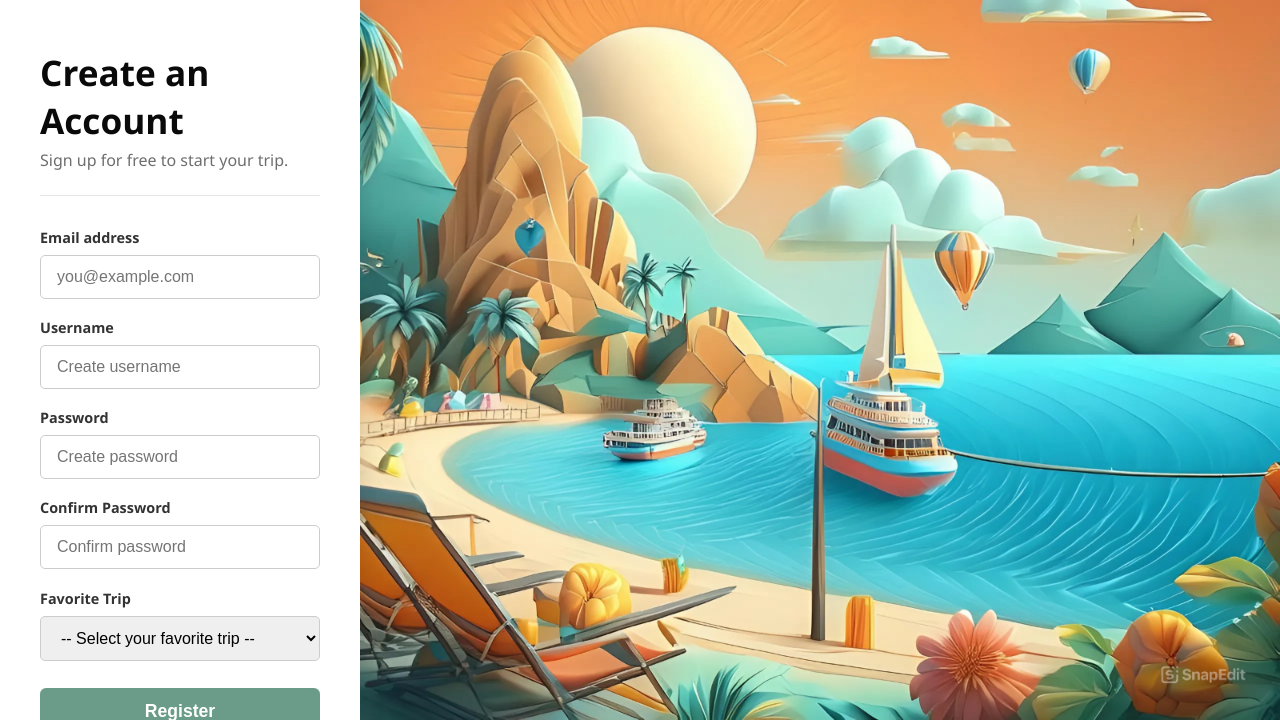
Repository: Nuttawut-Amattong/outtrip
Page: /register (app in OutTrip/)
These files come from the project's save history. The page is drawn as it stood at one moment and after the next save; the edit follows.
The browser window is 1280 px wide. The pictures show the whole page.
The project was rebuilt for these pictures with package versions that can differ from the ones it lists, and the page was loaded fresh each time. Also part of the build but not shown: OutTrip/vite.config.js, OutTrip/src/component/Login.jsx, OutTrip/src/component/Forgetpass.jsx.

Above is the page before, as saved 2025-05-19 20:01:43.

### OutTrip/src/main.jsx
import { StrictMode } from 'react';
import { createRoot } from 'react-dom/client';
import { BrowserRouter, Routes, Route } from 'react-router-dom';
import Login from './component/Login.jsx';
import Register from './component/Register.jsx';
import Forgetpass from './component/Forgetpass.jsx';

createRoot(document.getElementById('root')).render(
  <StrictMode>
    <BrowserRouter>
      <Routes>
        <Route path="/" element={<Login />} />
        <Route path="/register" element={<Register />} />
        <Route path="/forgot-password" element={<Forgetpass />} />
      </Routes>
    </BrowserRouter>
  </StrictMode>
);

### OutTrip/src/component/Register.jsx
import { useState } from "react";
import styles from "./register.module.css";

function Register({ onRegisterSuccess }) {
  const [email, setEmail] = useState("");
  const [username, setUsername] = useState("");
  const [password, setPassword] = useState("");
  const [confirmPassword, setConfirmPassword] = useState("");
  const [favoriteTrip, setFavoriteTrip] = useState("");
  const [errors, setErrors] = useState({
    email: "",
    username: "",
    password: "",
    confirmPassword: "",
  });
  const [serverError, setServerError] = useState("");
  const [loading, setLoading] = useState(false);

  const validateEmail = (email) => {
    const re = /^[^\s@]+@[^\s@]+\.[^\s@]+$/;
    return re.test(email);
  };

  const validateUsername = (username) => {
    return username.length >= 3 && username.length <= 8;
  };

  const validatePassword = (password) => {
    const hasLetter = /[a-zA-Z]/.test(password);
    const hasNumber = /\d/.test(password);
    return hasLetter && hasNumber;
  };

  const handleSubmit = async (e) => {
    e.preventDefault();

    let newErrors = { email: "", username: "", password: "", confirmPassword: "" };
    let valid = true;

    if (!validateEmail(email)) {
      newErrors.email = "Please enter a valid email address";
      valid = false;
    }

    if (!validateUsername(username)) {
      newErrors.username = "Username must be 3 to 8 characters long";
      valid = false;
    }

    if (!validatePassword(password)) {
      newErrors.password = "Password must contain both letters and numbers";
      valid = false;
    }

    if (password !== confirmPassword) {
      newErrors.confirmPassword = "Confirm Password must match Password";
      valid = false;
    }

    setErrors(newErrors);
    setServerError("");

    if (!valid) return;

    setLoading(true);

    try {
      const res = await fetch("http://localhost:5000/api/auth/register", {
        method: "POST",
        headers: { "Content-Type": "application/json" },
        body: JSON.stringify({ email, username, password, favoriteTrip }),
      });

      const data = await res.json();

      if (res.ok) {
        setLoading(false);
        // แจ้ง callback ว่าลงทะเบียนสำเร็จ อาจจะ redirect หรือแสดงข้อความ
        if (onRegisterSuccess) onRegisterSuccess(data);
      } else {
        setLoading(false);
        setServerError(data.message || "Registration failed. Please try again.");
      }
    } catch (err) {
      setLoading(false);
      setServerError("Server error. Please try again later.");
    }
  };

  // handler เปลี่ยน input พร้อมรีเซ็ต error ใน field นั้น ๆ
  const handleEmailChange = (e) => {
    const val = e.target.value;
    setEmail(val);
    if (validateEmail(val)) {
      setErrors((prev) => ({ ...prev, email: "" }));
    }
  };

  const handleUsernameChange = (e) => {
    const val = e.target.value;
    setUsername(val);
    if (validateUsername(val)) {
      setErrors((prev) => ({ ...prev, username: "" }));
    }
  };

  const handlePasswordChange = (e) => {
    const val = e.target.value;
    setPassword(val);
    if (validatePassword(val)) {
      setErrors((prev) => ({ ...prev, password: "" }));
    }
    if (confirmPassword === val) {
      setErrors((prev) => ({ ...prev, confirmPassword: "" }));
    }
  };

  const handleConfirmPasswordChange = (e) => {
    const val = e.target.value;
    setConfirmPassword(val);
    if (val === password) {
      setErrors((prev) => ({ ...prev, confirmPassword: "" }));
    }
  };

  return (
    <div className={styles.registerContainer}>
      <header className={styles.registerHeader}>
        <h1>Create an Account</h1>
        <p>Sign up for free to start your trip.</p>
      </header>

      <form className={styles.registerForm} onSubmit={handleSubmit} noValidate>
        <label htmlFor="email" className={styles.label}>Email address</label>
        <input
          id="email"
          type="email"
          placeholder="you@example.com"
          value={email}
          onChange={handleEmailChange}
          className={styles.input}
        />
        {errors.email && <div className={styles.error}>{errors.email}</div>}

        <label htmlFor="username" className={styles.label}>Username</label>
        <input
          id="username"
          type="text"
          placeholder="Create username"
          value={username}
          onChange={handleUsernameChange}
          className={styles.input}
        />
        {errors.username && <div className={styles.error}>{errors.username}</div>}

        <label htmlFor="password" className={styles.label}>Password</label>
        <input
          id="password"
          type="password"
          placeholder="Create password"
          value={password}
          onChange={handlePasswordChange}
          className={styles.input}
        />
        {errors.password && <div className={styles.error}>{errors.password}</div>}

        <label htmlFor="confirmPassword" className={styles.label}>Confirm Password</label>
        <input
          id="confirmPassword"
          type="password"
          placeholder="Confirm password"
          value={confirmPassword}
          onChange={handleConfirmPasswordChange}
          className={styles.input}
        />
        {errors.confirmPassword && <div className={styles.error}>{errors.confirmPassword}</div>}

        <label htmlFor="favoriteTrip" className={styles.label}>Favorite Trip</label>
        <select
          id="favoriteTrip"
          value={favoriteTrip}
          onChange={(e) => setFavoriteTrip(e.target.value)}
          className={styles.input}
          required
        >
          <option value="" disabled>-- Select your favorite trip --</option>
          <option value="Beach">Beach</option>
          <option value="Mountain">Mountain</option>
          <option value="City">City</option>
          <option value="Adventure">Adventure</option>
        </select>

        {serverError && <div className={styles.error} style={{ marginTop: "1rem" }}>{serverError}</div>}

        <button type="submit" className={styles.button} disabled={loading}>
          {loading ? "Registering..." : "Register"}
        </button>

        <div className={styles.signInLink}>
          Already have an account? <a href="/">Sign in</a>
        </div>
      </form>
    </div>
  );
}

export default Register;

### OutTrip/src/component/forgetpass.module.css
body {
  background-image: url('../img/images.jpg');
  background-repeat: no-repeat;
  background-size: cover;
  background-position: center;
  background-attachment: fixed;
  margin: 0;
  height: 100vh;
}
.container {
  max-width: 400px;
  margin: 6rem auto;
  padding: 2.5rem 2rem 3rem;
  background-color: #fff;
  border-radius: 6px;
  box-shadow: 0 12px 30px rgba(0, 0, 0, 0.13);
  font-family: 'Inter', -apple-system, BlinkMacSystemFont, 'Segoe UI', Roboto, Oxygen,
    Ubuntu, Cantarell, 'Open Sans', 'Helvetica Neue', sans-serif;
  color: #222;
}

.heading {
  font-weight: 600;
  font-size: 1.5rem;
  margin-bottom: 2rem;
  text-align: center;
  color: #222;
}

.formGroup {
  margin-bottom: 1.6rem;
  display: flex;
  flex-direction: column;
}

.label {
  font-weight: 600;
  font-size: 0.9rem;
  margin-bottom: 0.5rem;
  color: #555;
}

.input {
  padding: 0.75rem 1rem;
  font-size: 1rem;
  border: 1px solid #ccc;
  border-radius: 4px;
  outline-offset: 2px;
  transition: border-color 0.2s ease-in-out, box-shadow 0.2s ease-in-out;
  font-family: inherit;
}

.input:focus {
  border-color: #005fcc;
  box-shadow: 0 0 0 3px rgba(0, 95, 204, 0.3);
}

.button {
  width: 100%;
  padding: 0.75rem 1rem;
  font-size: 1rem;
  font-weight: 600;
  background-color: #6A9C89;
  color: #fff;
  border: none;
  border-radius: 4px;
  cursor: pointer;
  user-select: none;
  transition: background-color 0.2s ease-in-out;
  margin-top: 0.3rem;
}

.button:hover,
.button:focus {
  background-color: #0e7f3f;
  outline: none;
}

.message {
  font-size: 1rem;
  font-weight: 500;
  color: #6A9C89;
  text-align: center;
  margin-top: 2rem;
}


@media (max-width: 480px) {
  body {
    background-image: none !important;
    background-color: #fff;
  }
}

Loaded but not shown: OutTrip/index.html (common file); OutTrip/src/component/login.module.css (144 lines, source omitted); OutTrip/src/component/register.module.css (121 lines, source omitted)

After the next save:
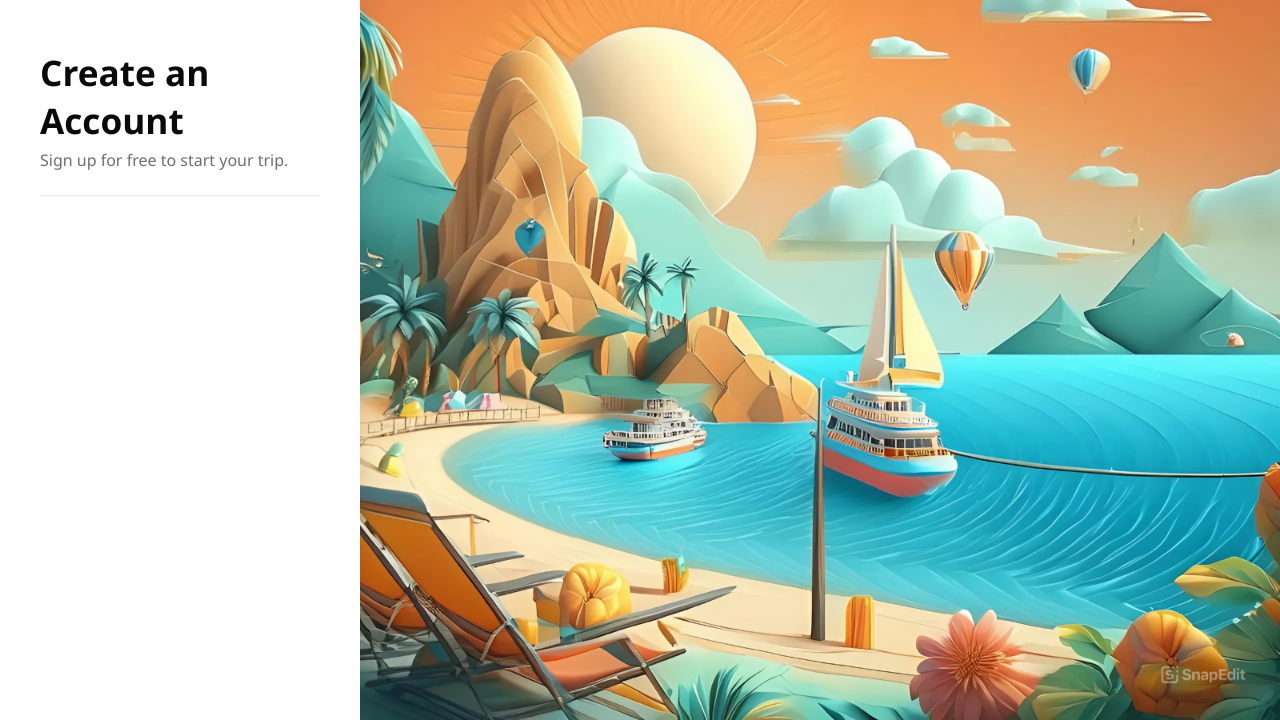
Saved 59 s later.
--- a/OutTrip/src/component/Register.jsx
+++ b/OutTrip/src/component/Register.jsx
@@ -1,7 +1,10 @@
 import { useState } from "react";
+import { useNavigate } from "react-router-dom";  // <-- import useNavigate
 import styles from "./register.module.css";
 
 function Register({ onRegisterSuccess }) {
+  const navigate = useNavigate();  // <-- เรียกใช้งาน useNavigate
+
   const [email, setEmail] = useState("");
   const [username, setUsername] = useState("");
   const [password, setPassword] = useState("");
@@ -16,20 +19,7 @@
   const [serverError, setServerError] = useState("");
   const [loading, setLoading] = useState(false);
 
-  const validateEmail = (email) => {
-    const re = /^[^\s@]+@[^\s@]+\.[^\s@]+$/;
-    return re.test(email);
-  };
-
-  const validateUsername = (username) => {
-    return username.length >= 3 && username.length <= 8;
-  };
-
-  const validatePassword = (password) => {
-    const hasLetter = /[a-zA-Z]/.test(password);
-    const hasNumber = /\d/.test(password);
-    return hasLetter && hasNumber;
-  };
+  // ... (โค้ด validate ต่าง ๆ เหมือนเดิม)
 
   const handleSubmit = async (e) => {
     e.preventDefault();
@@ -37,25 +27,7 @@
     let newErrors = { email: "", username: "", password: "", confirmPassword: "" };
     let valid = true;
 
-    if (!validateEmail(email)) {
-      newErrors.email = "Please enter a valid email address";
-      valid = false;
-    }
-
-    if (!validateUsername(username)) {
-      newErrors.username = "Username must be 3 to 8 characters long";
-      valid = false;
-    }
-
-    if (!validatePassword(password)) {
-      newErrors.password = "Password must contain both letters and numbers";
-      valid = false;
-    }
-
-    if (password !== confirmPassword) {
-      newErrors.confirmPassword = "Confirm Password must match Password";
-      valid = false;
-    }
+    // ... (validation เหมือนเดิม)
 
     setErrors(newErrors);
     setServerError("");
@@ -75,8 +47,10 @@
 
       if (res.ok) {
         setLoading(false);
-        // แจ้ง callback ว่าลงทะเบียนสำเร็จ อาจจะ redirect หรือแสดงข้อความ
         if (onRegisterSuccess) onRegisterSuccess(data);
+
+        // Redirect ไป path "/"
+        navigate("/");
       } else {
         setLoading(false);
         setServerError(data.message || "Registration failed. Please try again.");
@@ -87,41 +61,7 @@
     }
   };
 
-  // handler เปลี่ยน input พร้อมรีเซ็ต error ใน field นั้น ๆ
-  const handleEmailChange = (e) => {
-    const val = e.target.value;
-    setEmail(val);
-    if (validateEmail(val)) {
-      setErrors((prev) => ({ ...prev, email: "" }));
-    }
-  };
-
-  const handleUsernameChange = (e) => {
-    const val = e.target.value;
-    setUsername(val);
-    if (validateUsername(val)) {
-      setErrors((prev) => ({ ...prev, username: "" }));
-    }
-  };
-
-  const handlePasswordChange = (e) => {
-    const val = e.target.value;
-    setPassword(val);
-    if (validatePassword(val)) {
-      setErrors((prev) => ({ ...prev, password: "" }));
-    }
-    if (confirmPassword === val) {
-      setErrors((prev) => ({ ...prev, confirmPassword: "" }));
-    }
-  };
-
-  const handleConfirmPasswordChange = (e) => {
-    const val = e.target.value;
-    setConfirmPassword(val);
-    if (val === password) {
-      setErrors((prev) => ({ ...prev, confirmPassword: "" }));
-    }
-  };
+  // ... (handler เปลี่ยน input เหมือนเดิม)
 
   return (
     <div className={styles.registerContainer}>
@@ -131,74 +71,7 @@
       </header>
 
       <form className={styles.registerForm} onSubmit={handleSubmit} noValidate>
-        <label htmlFor="email" className={styles.label}>Email address</label>
-        <input
-          id="email"
-          type="email"
-          placeholder="you@example.com"
-          value={email}
-          onChange={handleEmailChange}
-          className={styles.input}
-        />
-        {errors.email && <div className={styles.error}>{errors.email}</div>}
-
-        <label htmlFor="username" className={styles.label}>Username</label>
-        <input
-          id="username"
-          type="text"
-          placeholder="Create username"
-          value={username}
-          onChange={handleUsernameChange}
-          className={styles.input}
-        />
-        {errors.username && <div className={styles.error}>{errors.username}</div>}
-
-        <label htmlFor="password" className={styles.label}>Password</label>
-        <input
-          id="password"
-          type="password"
-          placeholder="Create password"
-          value={password}
-          onChange={handlePasswordChange}
-          className={styles.input}
-        />
-        {errors.password && <div className={styles.error}>{errors.password}</div>}
-
-        <label htmlFor="confirmPassword" className={styles.label}>Confirm Password</label>
-        <input
-          id="confirmPassword"
-          type="password"
-          placeholder="Confirm password"
-          value={confirmPassword}
-          onChange={handleConfirmPasswordChange}
-          className={styles.input}
-        />
-        {errors.confirmPassword && <div className={styles.error}>{errors.confirmPassword}</div>}
-
-        <label htmlFor="favoriteTrip" className={styles.label}>Favorite Trip</label>
-        <select
-          id="favoriteTrip"
-          value={favoriteTrip}
-          onChange={(e) => setFavoriteTrip(e.target.value)}
-          className={styles.input}
-          required
-        >
-          <option value="" disabled>-- Select your favorite trip --</option>
-          <option value="Beach">Beach</option>
-          <option value="Mountain">Mountain</option>
-          <option value="City">City</option>
-          <option value="Adventure">Adventure</option>
-        </select>
-
-        {serverError && <div className={styles.error} style={{ marginTop: "1rem" }}>{serverError}</div>}
-
-        <button type="submit" className={styles.button} disabled={loading}>
-          {loading ? "Registering..." : "Register"}
-        </button>
-
-        <div className={styles.signInLink}>
-          Already have an account? <a href="/">Sign in</a>
-        </div>
+        {/* ... ฟอร์มเหมือนเดิม */}
       </form>
     </div>
   );

After the save that followed:
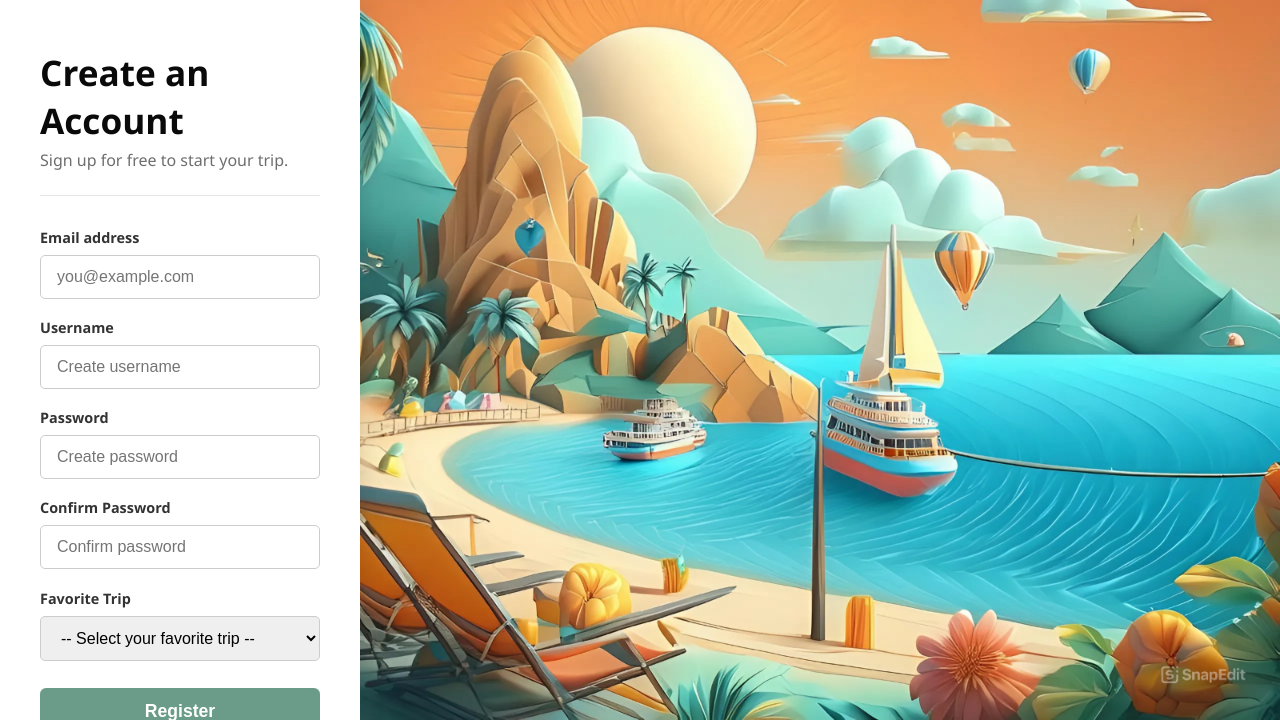
Saved 7 s later.
--- a/OutTrip/src/component/Register.jsx
+++ b/OutTrip/src/component/Register.jsx
@@ -1,10 +1,7 @@
 import { useState } from "react";
-import { useNavigate } from "react-router-dom";  // <-- import useNavigate
 import styles from "./register.module.css";
 
 function Register({ onRegisterSuccess }) {
-  const navigate = useNavigate();  // <-- เรียกใช้งาน useNavigate
-
   const [email, setEmail] = useState("");
   const [username, setUsername] = useState("");
   const [password, setPassword] = useState("");
@@ -19,7 +16,20 @@
   const [serverError, setServerError] = useState("");
   const [loading, setLoading] = useState(false);
 
-  // ... (โค้ด validate ต่าง ๆ เหมือนเดิม)
+  const validateEmail = (email) => {
+    const re = /^[^\s@]+@[^\s@]+\.[^\s@]+$/;
+    return re.test(email);
+  };
+
+  const validateUsername = (username) => {
+    return username.length >= 3 && username.length <= 8;
+  };
+
+  const validatePassword = (password) => {
+    const hasLetter = /[a-zA-Z]/.test(password);
+    const hasNumber = /\d/.test(password);
+    return hasLetter && hasNumber;
+  };
 
   const handleSubmit = async (e) => {
     e.preventDefault();
@@ -27,7 +37,25 @@
     let newErrors = { email: "", username: "", password: "", confirmPassword: "" };
     let valid = true;
 
-    // ... (validation เหมือนเดิม)
+    if (!validateEmail(email)) {
+      newErrors.email = "Please enter a valid email address";
+      valid = false;
+    }
+
+    if (!validateUsername(username)) {
+      newErrors.username = "Username must be 3 to 8 characters long";
+      valid = false;
+    }
+
+    if (!validatePassword(password)) {
+      newErrors.password = "Password must contain both letters and numbers";
+      valid = false;
+    }
+
+    if (password !== confirmPassword) {
+      newErrors.confirmPassword = "Confirm Password must match Password";
+      valid = false;
+    }
 
     setErrors(newErrors);
     setServerError("");
@@ -47,10 +75,8 @@
 
       if (res.ok) {
         setLoading(false);
+        // แจ้ง callback ว่าลงทะเบียนสำเร็จ อาจจะ redirect หรือแสดงข้อความ
         if (onRegisterSuccess) onRegisterSuccess(data);
-
-        // Redirect ไป path "/"
-        navigate("/");
       } else {
         setLoading(false);
         setServerError(data.message || "Registration failed. Please try again.");
@@ -61,7 +87,41 @@
     }
   };
 
-  // ... (handler เปลี่ยน input เหมือนเดิม)
+  // handler เปลี่ยน input พร้อมรีเซ็ต error ใน field นั้น ๆ
+  const handleEmailChange = (e) => {
+    const val = e.target.value;
+    setEmail(val);
+    if (validateEmail(val)) {
+      setErrors((prev) => ({ ...prev, email: "" }));
+    }
+  };
+
+  const handleUsernameChange = (e) => {
+    const val = e.target.value;
+    setUsername(val);
+    if (validateUsername(val)) {
+      setErrors((prev) => ({ ...prev, username: "" }));
+    }
+  };
+
+  const handlePasswordChange = (e) => {
+    const val = e.target.value;
+    setPassword(val);
+    if (validatePassword(val)) {
+      setErrors((prev) => ({ ...prev, password: "" }));
+    }
+    if (confirmPassword === val) {
+      setErrors((prev) => ({ ...prev, confirmPassword: "" }));
+    }
+  };
+
+  const handleConfirmPasswordChange = (e) => {
+    const val = e.target.value;
+    setConfirmPassword(val);
+    if (val === password) {
+      setErrors((prev) => ({ ...prev, confirmPassword: "" }));
+    }
+  };
 
   return (
     <div className={styles.registerContainer}>
@@ -71,7 +131,74 @@
       </header>
 
       <form className={styles.registerForm} onSubmit={handleSubmit} noValidate>
-        {/* ... ฟอร์มเหมือนเดิม */}
+        <label htmlFor="email" className={styles.label}>Email address</label>
+        <input
+          id="email"
+          type="email"
+          placeholder="you@example.com"
+          value={email}
+          onChange={handleEmailChange}
+          className={styles.input}
+        />
+        {errors.email && <div className={styles.error}>{errors.email}</div>}
+
+        <label htmlFor="username" className={styles.label}>Username</label>
+        <input
+          id="username"
+          type="text"
+          placeholder="Create username"
+          value={username}
+          onChange={handleUsernameChange}
+          className={styles.input}
+        />
+        {errors.username && <div className={styles.error}>{errors.username}</div>}
+
+        <label htmlFor="password" className={styles.label}>Password</label>
+        <input
+          id="password"
+          type="password"
+          placeholder="Create password"
+          value={password}
+          onChange={handlePasswordChange}
+          className={styles.input}
+        />
+        {errors.password && <div className={styles.error}>{errors.password}</div>}
+
+        <label htmlFor="confirmPassword" className={styles.label}>Confirm Password</label>
+        <input
+          id="confirmPassword"
+          type="password"
+          placeholder="Confirm password"
+          value={confirmPassword}
+          onChange={handleConfirmPasswordChange}
+          className={styles.input}
+        />
+        {errors.confirmPassword && <div className={styles.error}>{errors.confirmPassword}</div>}
+
+        <label htmlFor="favoriteTrip" className={styles.label}>Favorite Trip</label>
+        <select
+          id="favoriteTrip"
+          value={favoriteTrip}
+          onChange={(e) => setFavoriteTrip(e.target.value)}
+          className={styles.input}
+          required
+        >
+          <option value="" disabled>-- Select your favorite trip --</option>
+          <option value="Beach">Beach</option>
+          <option value="Mountain">Mountain</option>
+          <option value="City">City</option>
+          <option value="Adventure">Adventure</option>
+        </select>
+
+        {serverError && <div className={styles.error} style={{ marginTop: "1rem" }}>{serverError}</div>}
+
+        <button type="submit" className={styles.button} disabled={loading}>
+          {loading ? "Registering..." : "Register"}
+        </button>
+
+        <div className={styles.signInLink}>
+          Already have an account? <a href="/">Sign in</a>
+        </div>
       </form>
     </div>
   );
